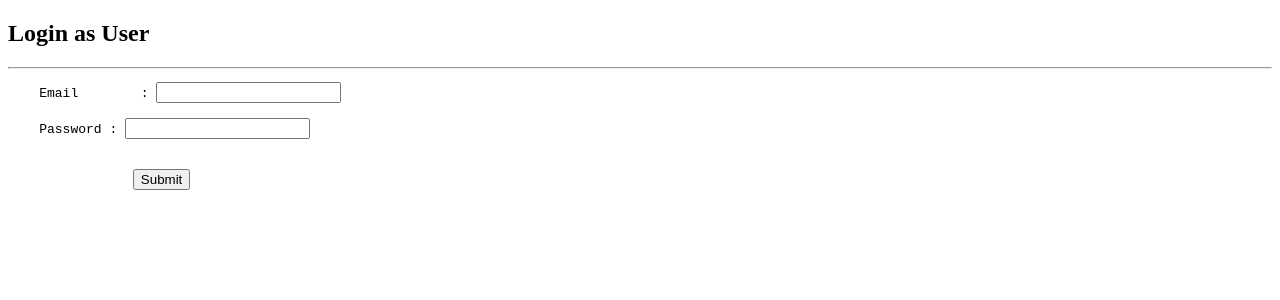
Repository: ShreyasG27/Amdocs-Training
Page: http://localhost/elearning-frontend/loginuser.jsp
The author's editor kept a copy of each file at every save. The page is drawn from the files as they stood at one save, then again after the next save.
The browser window is 1280 px wide. The pictures show the whole page.
The page is served by Tomcat 9. Nobody is signed in. The application's start-up code is not run.

Above is the page before, as saved 2021-08-21 14:55:07.

After the next save:
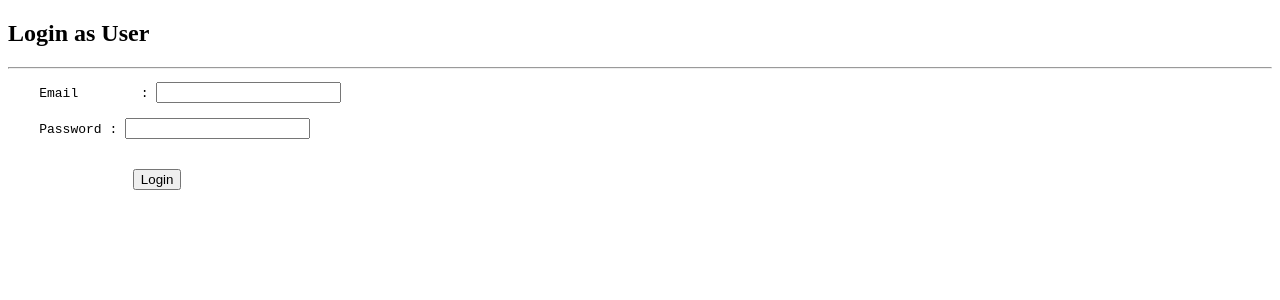
Saved 34 min 30 s later.
--- a/elearning-frontend/WebContent/loginuser.jsp
+++ b/elearning-frontend/WebContent/loginuser.jsp
@@ -14,7 +14,7 @@
     Email	 : <input type="email" name="email"><br>
     Password : <input type="password" name="password"><br>
 
-                <input type="submit" value="Submit"><br>
+                <input type="submit" value="Login"><a href="afteruserlogin.jsp"></a><br>
     </pre>
 </form>
 </body>
